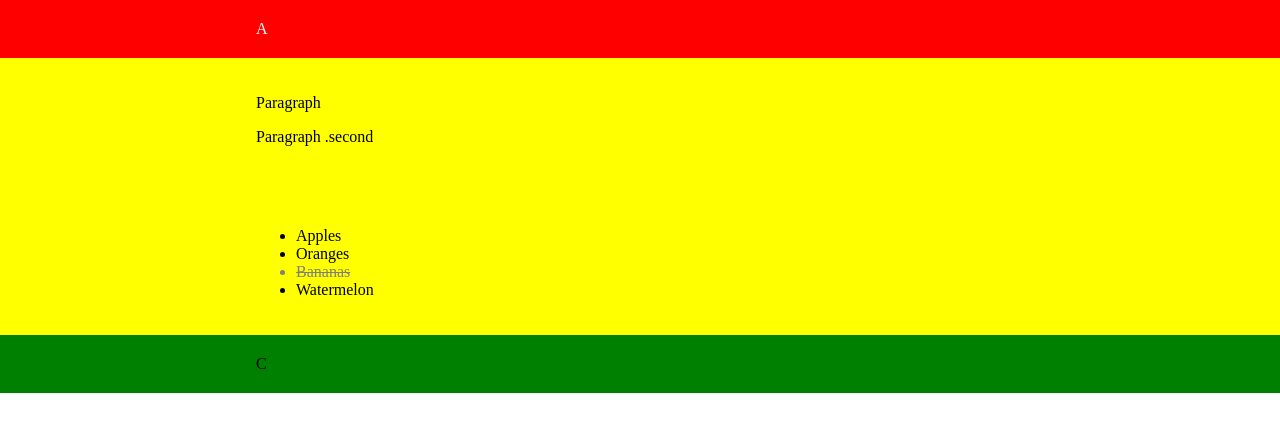
Repository: zdsherlock/Test-for-js
Page: index.html
The author's editor kept a copy of each file at every save. The page is drawn from the files as they stood at one save, then again after the next save.
The browser window is 1280 px wide. The pictures show the whole page.

Above is the page before, as saved 2021-03-28 15:37:05.

After the next save:
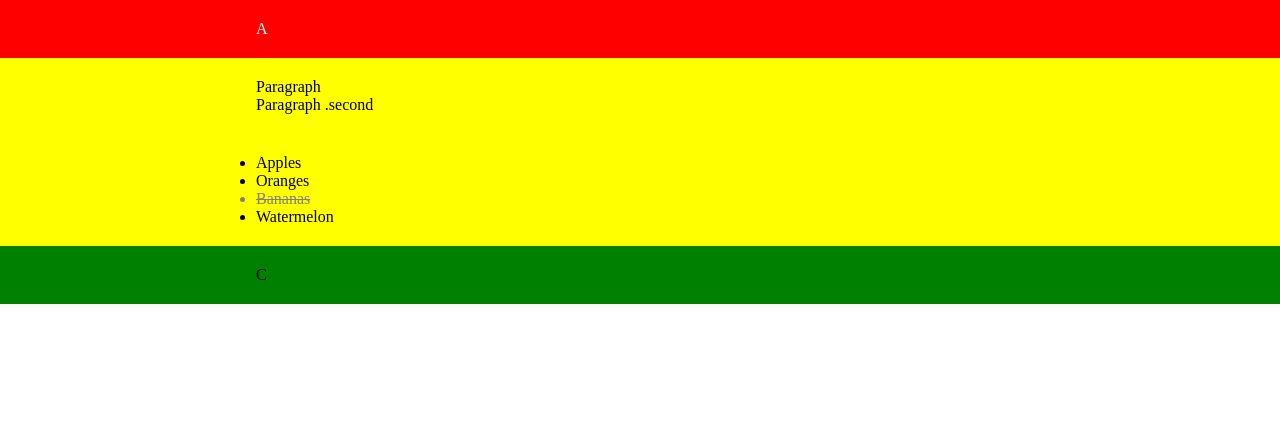
Saved 9 s later.
--- a/css/style.css
+++ b/css/style.css
@@ -1,4 +1,4 @@
-body    {
+*{
     margin:  0;
     padding:  0;
 }
